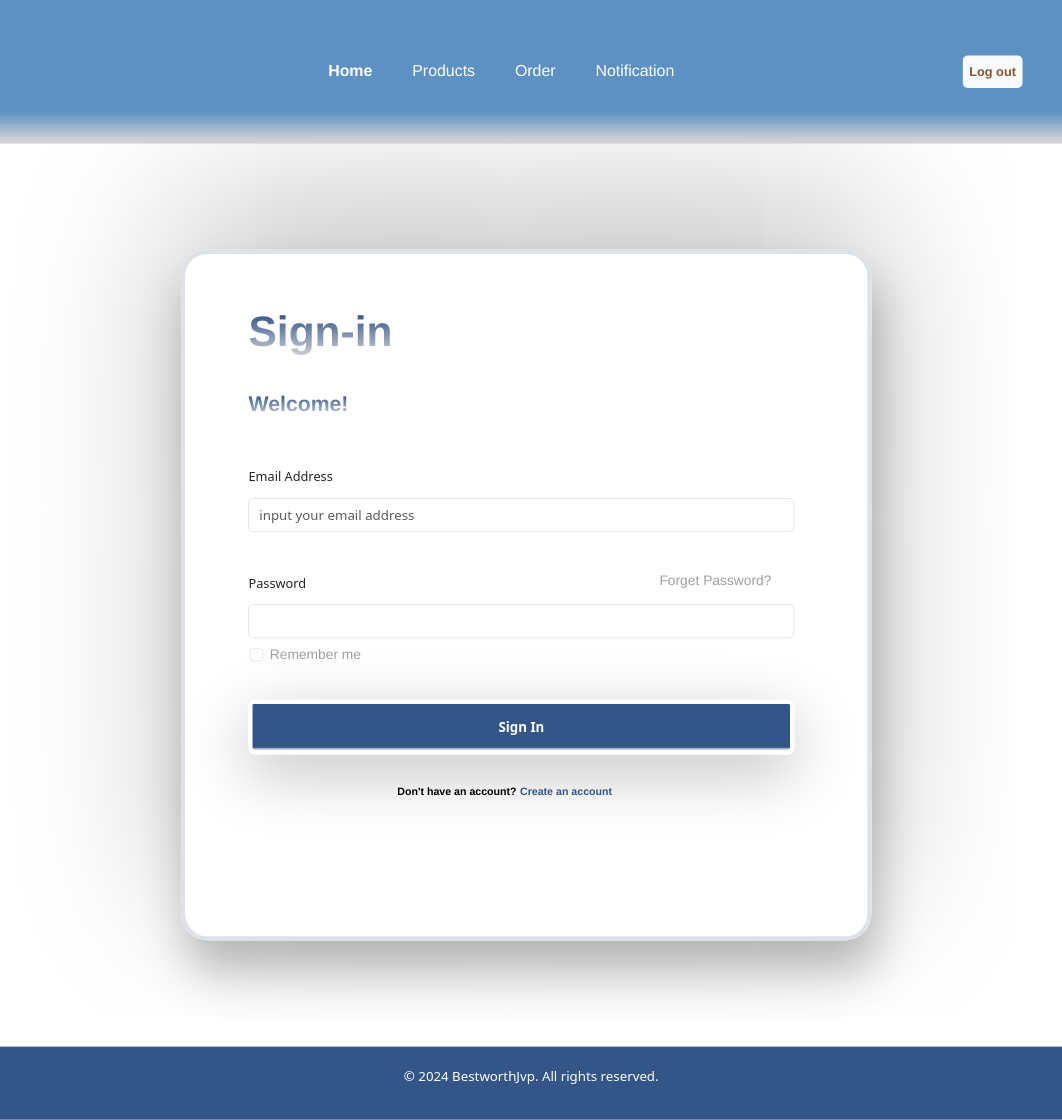
Repository: OVictor21/inventory
Page: /
These files come from the project's save history. The page is drawn as it stood at one moment and after a run of saves; the edit follows.
The browser window is 1280 px wide. The pictures show the whole page, at 83% of full size.
The project was rebuilt for these pictures with package versions that can differ from the ones it lists, and the page was loaded fresh each time.

Above is the page before, as saved 2024-12-14 10:40:24.

### src/index.css

nav {
  background-color: transparent;
  background: linear-gradient(180deg, rgb(93, 145, 194) 77.5%, rgb(206, 208, 214) 97.5%);

}

.navbar-brand img {
  max-width: 10vw;
  min-width: 5vw;
}

.nav-link.nav-text-current {
  font-family: "Montserrat", Helvetica;
  font-weight: 700;
  color: #ffffff;
  font-size: 1.5vw;
}

.nav-link.nav-text {
  font-family: "Montserrat", Helvetica;
  font-weight: 400;
  color: #ffffff;
  font-size: 1.5vw;
}

.nav-link.nav-text-2 {
  font-family: "Montserrat", Helvetica;
  font-weight: 600;
  color: rgb(136, 86, 51);
  font-size: 1.2vw;
}

.background {
  background-color: #000021;
}

/* .background-image {
  background-image: url('/public/back.png');
  background-size: cover;
  background-repeat: no-repeat;
  background-position: center;
  min-height: 100vh;
  color: white;
} */

.sign-in{
  width: 65vw;
  height: 65vw;
  box-shadow: 7px 37px 55px #00000040, 0px -54px 200px #00000040;
  left: 17vw;
  top: 10vw;
  overflow: hidden;
}


.text{
  top: 5vw;
  left: 6vw;
  background: linear-gradient(180deg, rgb(51, 85, 136) 13.5%, rgb(206, 208, 214) 100%);
  -webkit-background-clip: text !important;
  background-clip: text;
  -webkit-text-fill-color: transparent;
  text-fill-color: transparent;
  font-family: "Montserrat-Bold", Helvetica;
  font-weight: 700;
  color: transparent;
  font-size: 4vw;
  letter-spacing: 0;
  line-height: normal;
}



.text-wrapper-8 {
  background: linear-gradient(180deg, rgb(51, 85, 136) 13.5%, rgb(206, 208, 214) 100%);
  -webkit-background-clip: text !important;
  background-clip: text;
  -webkit-text-fill-color: transparent;
  text-fill-color: transparent;
  font-family: "Montserrat-Bold", Helvetica;
  font-weight: 600;
  color: transparent;
  font-size: 2vw;
  letter-spacing: 0;
  line-height: normal;
  top: 13vw;
  left: 6vw;
}

.email-text{
  font-size: 1.2vw;
}

.email{
  top: 20vw;
  left: 6vw;
}

.email-in{
  top: 23vw;
  left: 6vw;
  width: 80%;
  max-width: 80%;
  height: 5%;
}

.pass{
  top: 30vw;
  left: 6vw;
}

.pass-in{
  top: 33vw;
  left: 6vw;
  width: 80%;
  max-width: 80%;
  height: 5%;

}

.text-wrapper-7{
  font-family: "Montserrat-Regular", Helvetica;
  font-weight: 400;
  color: #00000061;
  font-size: 1.3vw;
  letter-spacing: 0;
  line-height: normal;
  top: 30vw;
  text-decoration: none;
  right: 9vw;
}

.form-check-label{
  font-family: "Montserrat-Regular", Helvetica;
  font-weight: 400;
  color: #00000061;
  font-size: 1.3vw;
  letter-spacing: 0;
  line-height: normal;
  top: 37vw;
  left: 8vw;
}

.form-check-input{
  top: 36.8vw;
  left: 8vw;

}

.sign-btn{
  background: linear-gradient(180deg, rgb(51, 85, 136) 93.5%, rgb(206, 208, 214) 97%);
  font-family: "Montserrat-Bold", Helvetica;
  font-weight: 700;
  font-size: 4vw;
  letter-spacing: 0;
  line-height: normal;
  width: 80%;
  top: 42vw;
  left: 6vw;
  box-shadow: 0px 22px 75px #00000040;
}

.acct{
  font-family: "Montserrat-Regular", Helvetica;
  font-weight: 700;
  color: #000000;
  font-size: 1vw;
  letter-spacing: 0;
  line-height: normal;
  top: 50vw;
  left: 20vw;
}

.acct-1{
  font-family: "Montserrat-Bold", Helvetica;
  font-weight: 700;
  color: rgb(51, 85, 136);
  font-size: 1vw;
  text-decoration: none;
  letter-spacing: 0;
  line-height: normal;
  top: 50vw;
  right: 24vw;
}



.pass-text{
font-size: 1.2vw;
}

.footer-body{
  background-color: rgb(51, 85, 136);
  top: 20vw;
}

.copyright-text {
  top: 50vw;
  right: 24vw;
  font-family: "Montserrat", Helvetica;
  font-weight: 400;
  color: rgb(136, 86, 51);
  font-size: 2vw;
}

/* .sign-in{
  width: 75vw;
  height: 85vw;
  box-shadow: 7px 37px 55px #00000040, 0px -54px 200px #00000040;
  left: 10vw;
  top: 20vw;
  overflow: hidden;
}


.text{
  top: 10vw;
  left: 6vw;
  background: linear-gradient(180deg, rgb(136, 86, 51) 13.5%, rgb(154, 144, 135) 100%);
  -webkit-background-clip: text !important;
  background-clip: text;
  -webkit-text-fill-color: transparent;
  text-fill-color: transparent;
  font-family: "Montserrat-Bold", Helvetica;
  font-weight: 700;
  color: transparent;
  font-size: 4vw;
  letter-spacing: 0;
  line-height: normal;
}

.vector{
  width: 15%;
  height: auto;
  right: 18vw;
  top: -14vw;

}

.text-wrapper-8 {
  background: linear-gradient(180deg, rgb(136, 86, 51) 13.5%, rgb(154, 144, 135) 100%);
  -webkit-background-clip: text !important;
  background-clip: text;
  -webkit-text-fill-color: transparent;
  text-fill-color: transparent;
  font-family: "Montserrat-Bold", Helvetica;
  font-weight: 700;
  color: transparent;
  font-size: 4vw;
  letter-spacing: 0;
  line-height: normal;
  top: 18vw;
  left: 6vw;
}

.p {
  font-family: "Montserrat-Regular", Helvetica;
  color: #885633;
  font-size: 2vw;
  letter-spacing: 0;
  line-height: normal;
  top: 23vw;
  left: 6vw;
}

.email{
  top: 28vw;
  left: 6vw;
}

.email-in{
  top: 32vw;
  left: 6vw;
  width: 80%;
  height: 5%;
}

.pass{
  top: 38vw;
  left: 6vw;
}

.pass-in{
  top: 42vw;
  left: 6vw;
  width: 80%;
  height: 5%;
}

.text-wrapper-7{
  font-family: "Montserrat-Regular", Helvetica;
  font-weight: 400;
  color: #00000061;
  font-size: 1.3vw;
  letter-spacing: 0;
  line-height: normal;
  top: 40vw;
  text-decoration: none;
  right: 9vw;
}

.form-check-label{
  font-family: "Montserrat-Regular", Helvetica;
  font-weight: 400;
  color: #00000061;
  font-size: 1.3vw;
  letter-spacing: 0;
  line-height: normal;
  top: 47vw;
  left: 8vw;
}

.form-check-input{
  top: 46.8vw;
  left: 8vw;


}

.sign-btn{
  background: linear-gradient(180deg, rgb(136, 86, 51) 13.5%, rgb(154, 144, 135) 100%);
  font-family: "Montserrat-Bold", Helvetica;
  font-weight: 700;
  color: #ffffff;
  font-size: 4vw;
  letter-spacing: 0;
  line-height: normal;
  width: 80%;
  top: 53vw;
  left: 6vw;
  box-shadow: 0px 22px 75px #00000040;
}

.acct{
  font-family: "Montserrat-Regular", Helvetica;
  font-weight: 400;
  color: #000000;
  font-size: 2vw;
  letter-spacing: 0;
  line-height: normal;
  top: 63vw;
  left: 15vw;
}

.acct-1{
  font-family: "Montserrat-Bold", Helvetica;
  font-weight: 700;
  color: #885633;
  font-size: 2vw;
  letter-spacing: 0;
  line-height: normal;
  top: 63vw;
  right: 20vw;
}

.text-wrapper-17{
  font-family: "Montserrat-Regular", Helvetica;
  font-weight: 400;
  color: #00000061;
  font-size: 2vw;
  letter-spacing: 0;
  line-height: normal;
  top: 69vw;
  left: 35vw;
}

.email-text{
  font-size: 1.2vw;
}
.pass-text{
font-size: 1.2vw;
} */

### src/App.js
import Navbar from './navbar';
import 'bootstrap/dist/css/bootstrap.min.css';
import Body from './body';


function App() {
  return (
    <div className="App">
      <Navbar />
      <Body />
    </div>
  );
}

export default App;

### src/navbar.js

const Navbar = () => {
    return (
        <nav className="navbar navbar-expand-md justify-content-center p-5 z-1">
        <button className="navbar-toggler ms-auto" type="button" data-bs-toggle="collapse" data-bs-target="#collapseNavbar">
            <span className="navbar-toggler-icon"></span>
        </button>

        <div className="navbar-collapse collapse" id="collapseNavbar">
            <ul className="navbar-nav justify-content-center w-100 ">
            <li className="nav-item m-3">
                <a className="nav-link nav-text-current" href="/home">Home</a>
            </li>
            <li className="nav-item m-3">
                <a className="nav-link nav-text" href="/products">Products</a>
            </li>
            <li className="nav-item m-3">
                <a className="nav-link nav-text" href="/order">Order</a>
            </li>
            <li className="nav-item m-3">
                <a className="nav-link nav-text" href="/notifications">Notification</a>
            </li>
            </ul>

            <ul className="navbar-nav ms-auto justify-content-end">
            <li className="nav-item bg-light rounded">
                <button className="nav-link nav-text-2 text-nowrap btn btn-link">Log out</button>

            </li>
            </ul>
        </div>
        </nav>



      );
}

export default Navbar;

### src/body.js
import React from 'react';

const Body = () => {
  return (
    <div className="login">

         <form >
        <div className="sign-in position-relative border border-5 rounded-5">
        <div className="mb-3">
            <p className="text position-absolute">Sign-in</p>
            <div className="text-wrapper-8 position-absolute">Welcome!</div>

          <label for="exampleInputEmail1" className="form-label email position-absolute"><span className="email-text"> Email Address</span></label>
          <input type="email" className="form-control email-in position-absolute" id="exampleInputEmail1" aria-describedby="emailHelp" placeholder="input your email address"/>
        </div>
        <div className="mb-3">
          <label for="exampleInputPassword1" className="form-label pass position-absolute"><span className="pass-text">Password</span> </label>
          <input type="password" className="form-control pass-in position-absolute" id="exampleInputPassword1"/>
          <a href="/forgotpassword" className="text-wrapper-7 position-absolute">Forget Password?</a>
        </div>

        <div className="mb-3 form-check">
            <input type="checkbox" className="form-check-input position-absolute" id="exampleCheck1"/>
            <label className="form-check-label position-absolute" for="exampleCheck1">Remember me</label>
          </div>
        <button type="submit" className="btn sign-btn position-absolute border-white border-5 rounded-3 p-3 text-white fw-bold">Sign In</button>
        <p  className="acct position-absolute">Don't have an account?</p> <a href="/createacct" className="acct-1 position-absolute">Create an account</a>


        </div>


    </form>

    <footer className="footer-body text-white py-4 position-relative">
      <div className="container">
          <div className="text-center">
            <p>&copy; 2024 BestworthJvp. All rights reserved.</p>
        </div>
      </div>
    </footer>

    </div>
  );
};

export default Body;

Loaded but not shown: public/index.html (common file); src/index.js (common file); src/reportWebVitals.js (common file)

After the next 2 saves:
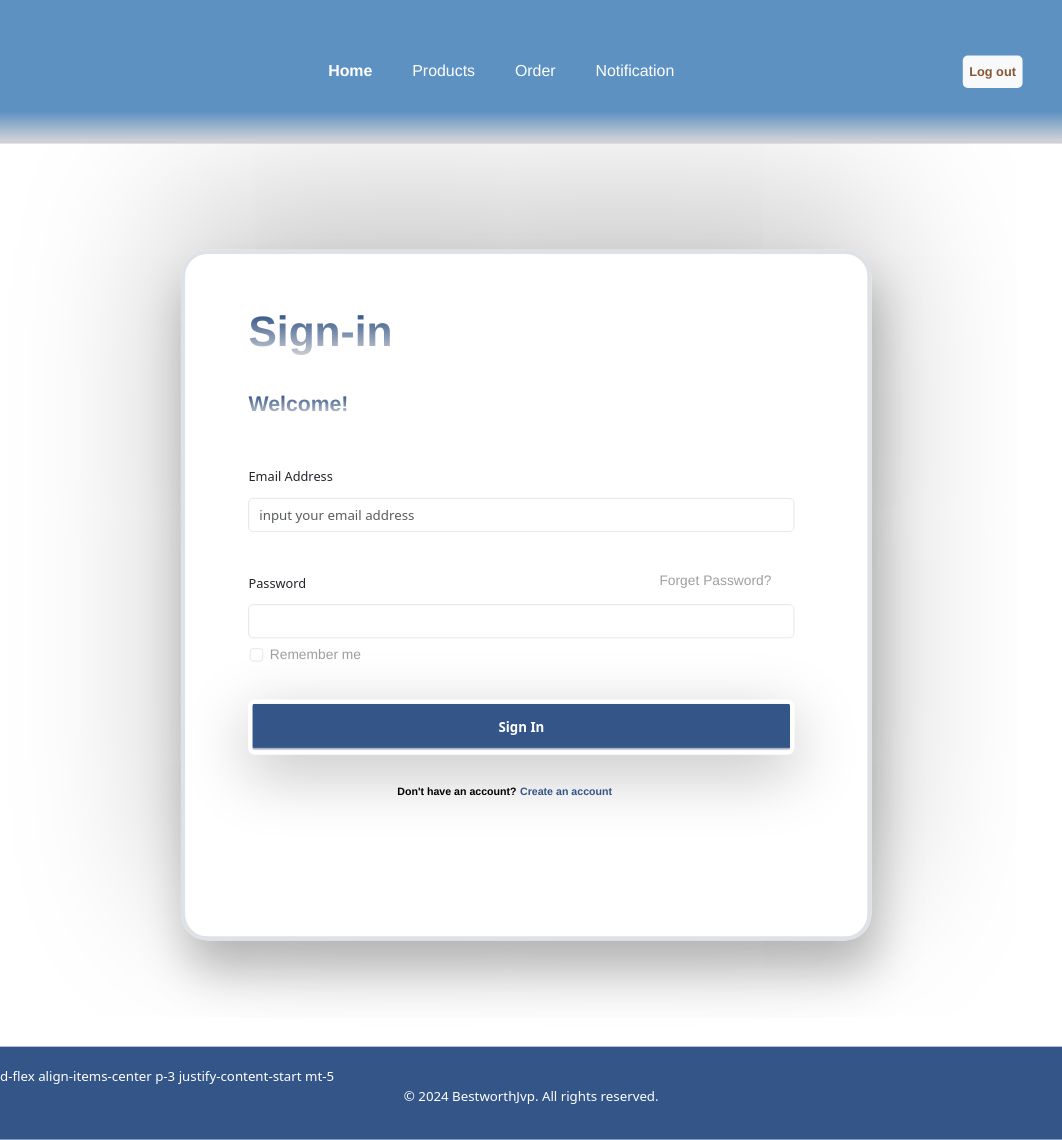
The 2 saves are shown as one change because they came seconds apart.
The last was saved 39 s later.
--- a/src/body.js
+++ b/src/body.js
@@ -32,7 +32,7 @@ const Body = () => {
 
     </form>
 
-    <footer className="footer-body text-white py-4 position-relative">
+    <footer className="footer-body text-white py-4 position-relative"> d-flex align-items-center p-3 justify-content-start mt-5
       <div className="container">
           <div className="text-center">
             <p>&copy; 2024 BestworthJvp. All rights reserved.</p>
